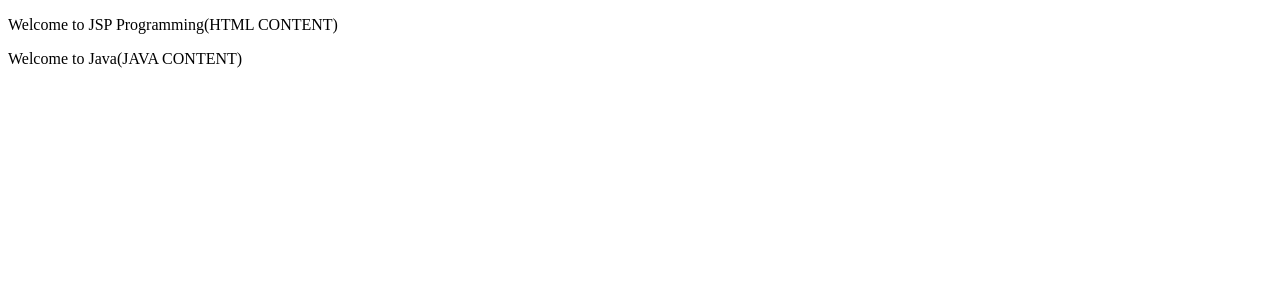
Repository: vinodkumarr269/mode1
Page: http://localhost/JspDemo/
The author's editor kept a copy of each file at every save. The page is drawn from the files as they stood at one save, then again after the next save.
The browser window is 1280 px wide. The pictures show the whole page.
The page is served by Tomcat 9.

Above is the page before, as saved 2019-08-21 03:54:37.

After the next save:
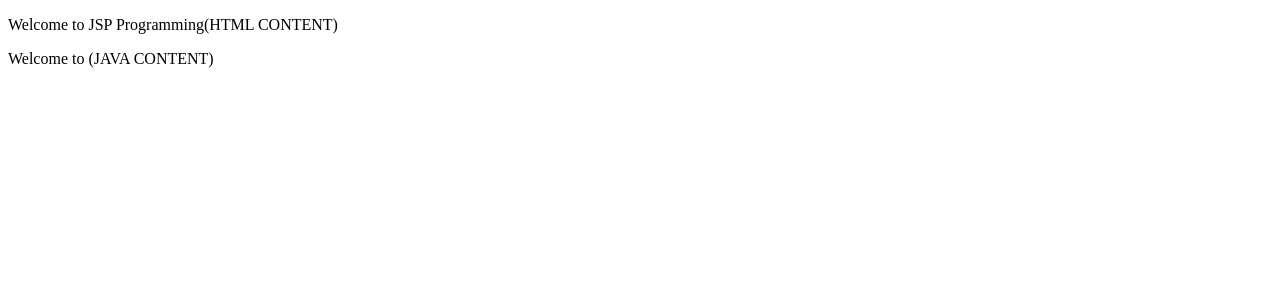
Saved 3 min 59 s later.
--- a/day13/JspDemo/WebContent/Hello.jsp
+++ b/day13/JspDemo/WebContent/Hello.jsp
@@ -12,7 +12,7 @@
 </p>
 
 <%
-out.println("Welcome to Java(JAVA CONTENT)");
+out.println("Welcome to (JAVA CONTENT)");
 %>
 </body>
 </html>
